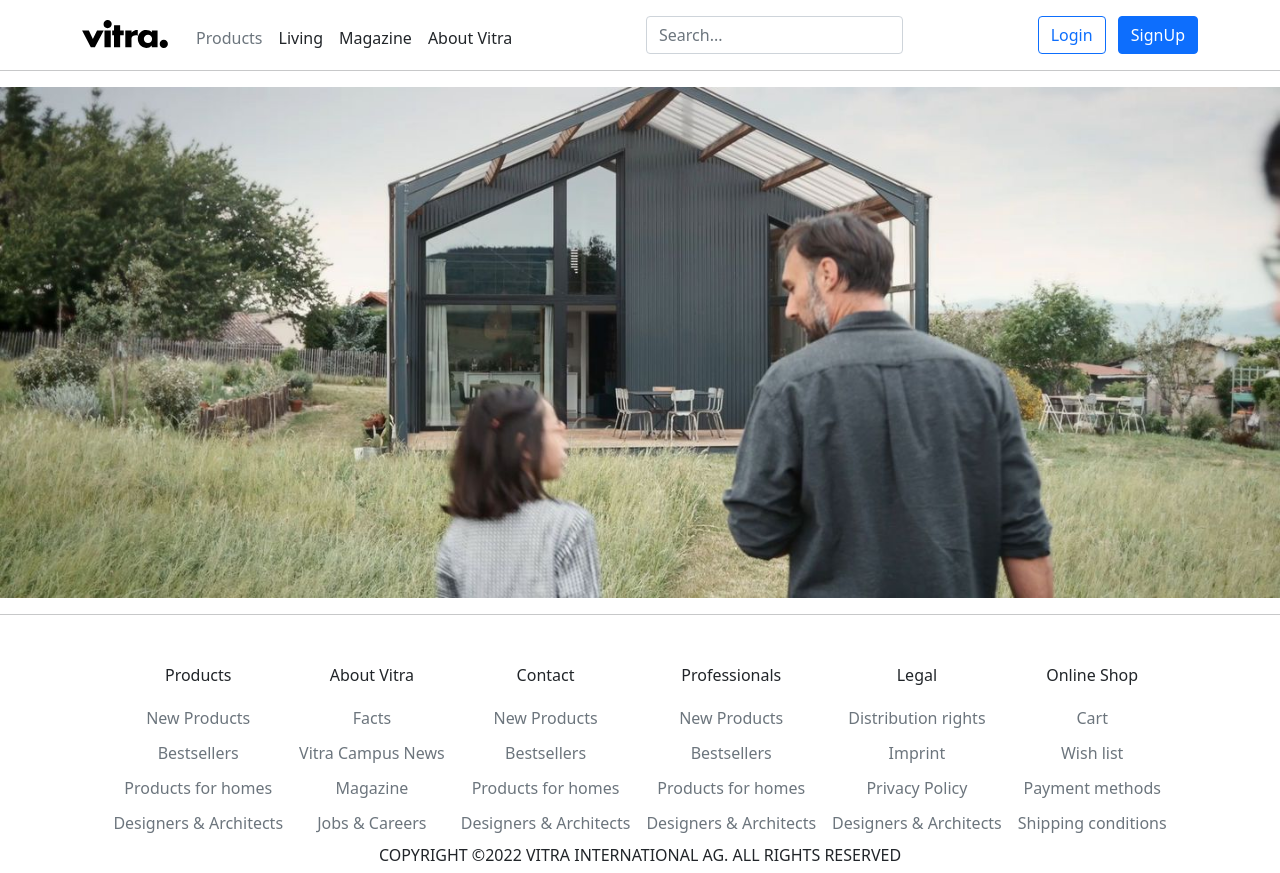
Repository: dllgkdud/pro06
Page: http://localhost/index
These files come from the project's save history. The page is drawn as it stood at one moment and after the next save; the edit follows.
The browser window is 1280 px wide. The pictures show the whole page.
The page is this project's Thymeleaf template; nobody is signed in. The template is opened directly, without the code that normally fills it, so the values that code supplies are empty.

Above is the page before, as saved 2022-12-20 00:51:00.

After the next save:
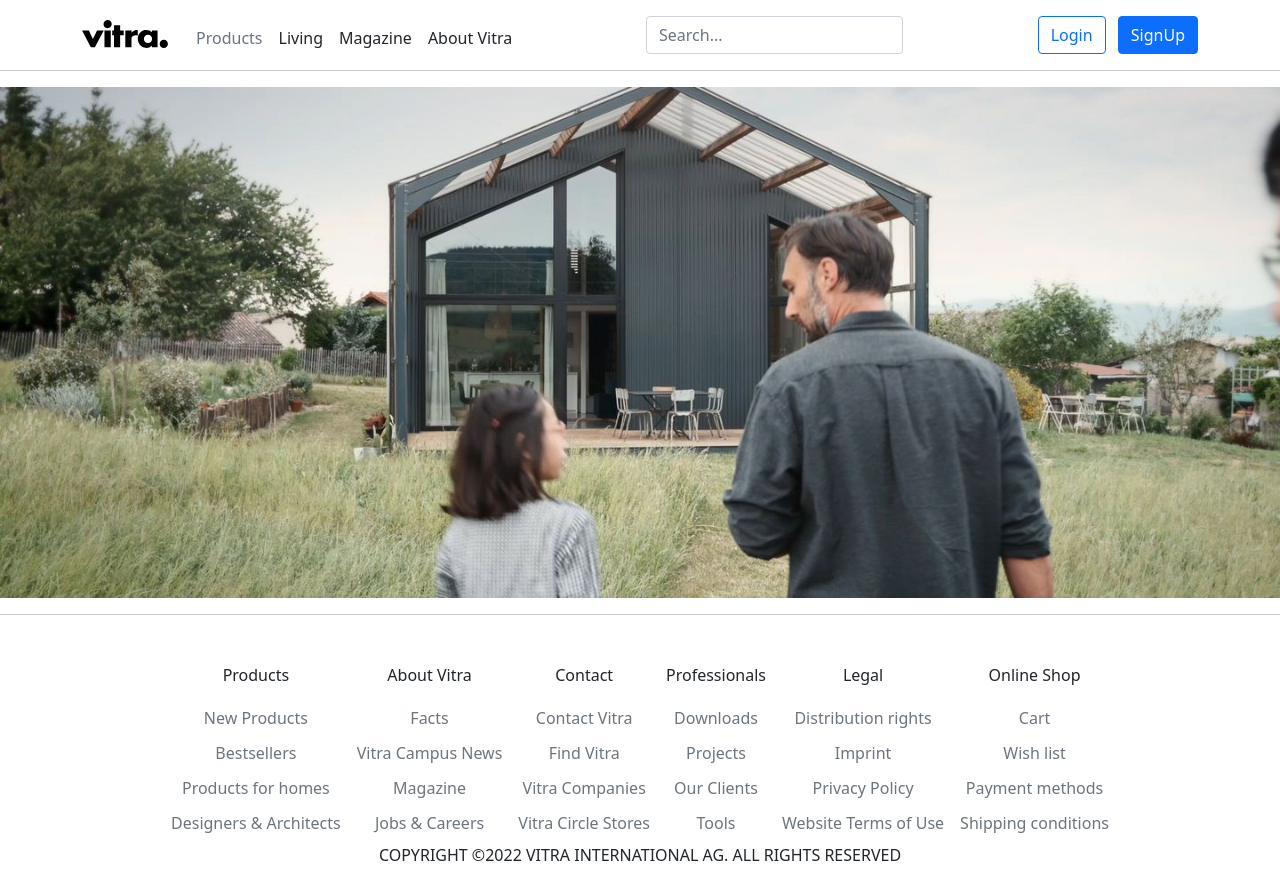
Saved 2 min 28 s later.
--- a/myapp/src/main/resources/templates/common/footer.html
+++ b/myapp/src/main/resources/templates/common/footer.html
@@ -27,19 +27,19 @@
 				<li>
 					<a href="#" class="nav-link px-2 link-dark">Contact</a>
 					<ul class="col-12 col-lg-auto mt-2 text-center">
-						<li><a href="#" class="nav-link px-2 link-secondary">New Products</a></li>
-						<li><a href="#" class="nav-link px-2 link-secondary">Bestsellers</a></li>
-						<li><a href="#" class="nav-link px-2 link-secondary">Products for homes</a></li>
-						<li><a href="#" class="nav-link px-2 link-secondary">Designers & Architects</a></li>
+						<li><a href="#" class="nav-link px-2 link-secondary">Contact Vitra</a></li>
+						<li><a href="#" class="nav-link px-2 link-secondary">Find Vitra</a></li>
+						<li><a href="#" class="nav-link px-2 link-secondary">Vitra Companies</a></li>
+						<li><a href="#" class="nav-link px-2 link-secondary">Vitra Circle Stores</a></li>
 					</ul>
 				</li>
 				<li>
 					<a href="#" class="nav-link px-2 link-dark">Professionals</a>
 					<ul class="col-12 col-lg-auto mt-2 text-center">
-						<li><a href="#" class="nav-link px-2 link-secondary">New Products</a></li>
-						<li><a href="#" class="nav-link px-2 link-secondary">Bestsellers</a></li>
-						<li><a href="#" class="nav-link px-2 link-secondary">Products for homes</a></li>
-						<li><a href="#" class="nav-link px-2 link-secondary">Designers & Architects</a></li>
+						<li><a href="#" class="nav-link px-2 link-secondary">Downloads</a></li>
+						<li><a href="#" class="nav-link px-2 link-secondary">Projects</a></li>
+						<li><a href="#" class="nav-link px-2 link-secondary">Our Clients</a></li>
+						<li><a href="#" class="nav-link px-2 link-secondary">Tools</a></li>
 					</ul>
 				</li>
 				<li>
@@ -48,7 +48,7 @@
 						<li><a href="#" class="nav-link px-2 link-secondary">Distribution rights</a></li>
 						<li><a href="#" class="nav-link px-2 link-secondary">Imprint</a></li>
 						<li><a href="#" class="nav-link px-2 link-secondary">Privacy Policy</a></li>
-						<li><a href="#" class="nav-link px-2 link-secondary">Designers & Architects</a></li>
+						<li><a href="#" class="nav-link px-2 link-secondary">Website Terms of Use</a></li>
 					</ul>
 				</li>
 				<li>
